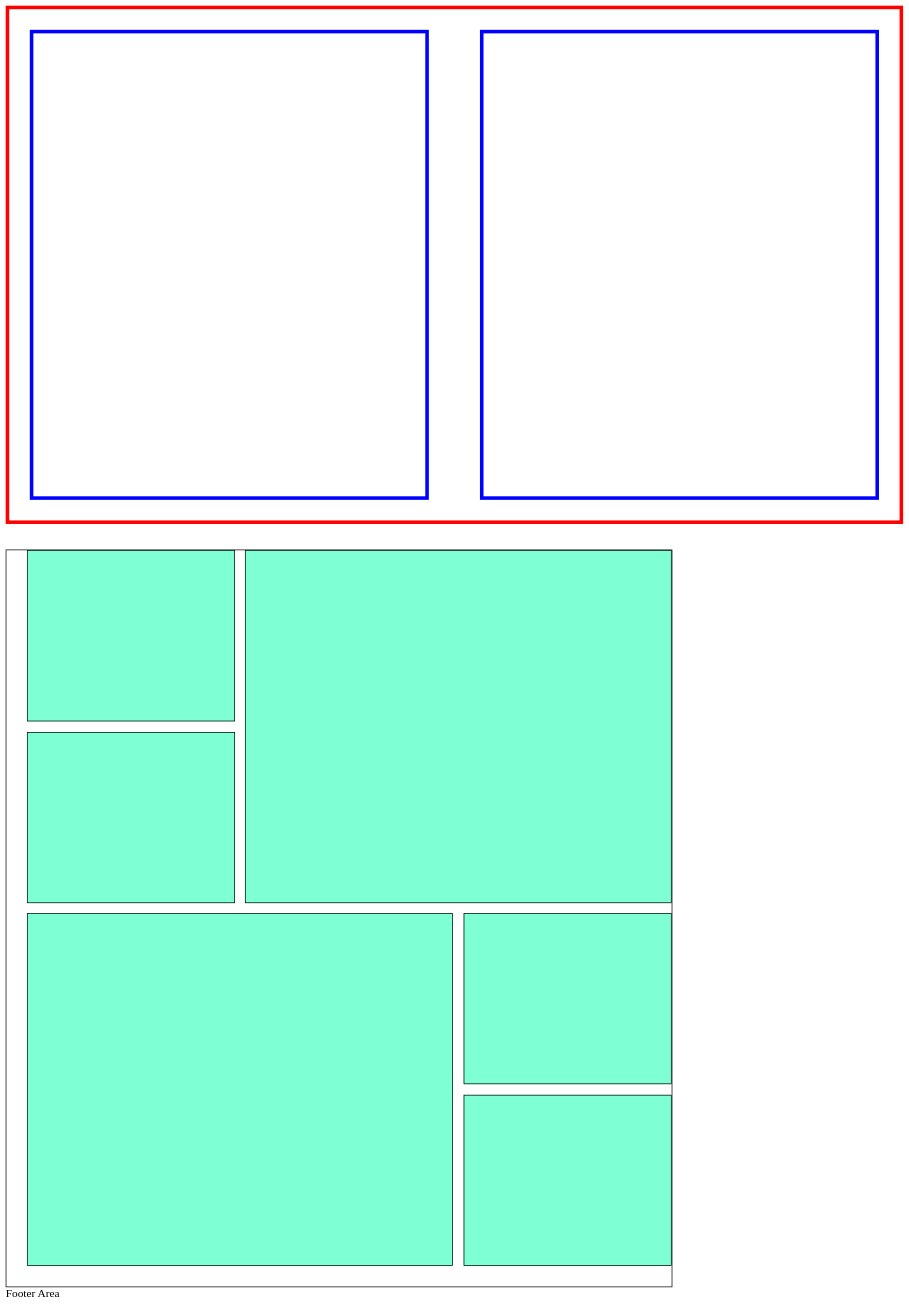
Repository: BwesewB/Brutalist-Website
Page: /
An editor plug-in stored every save of this project. The page is shown before and after the next save, followed by the edit.
The browser window is 1280 px wide. The pictures show the whole page, at 71% of full size.
The project was rebuilt for these pictures with package versions that can differ from the ones it lists, and the page was loaded fresh each time. The framework's server and built-in components were replaced by stand-ins that run in the browser. Also part of the build but not shown: next.config.mjs.

Above is the page before, as saved 2024-02-03 17:17:58.

After the next save:
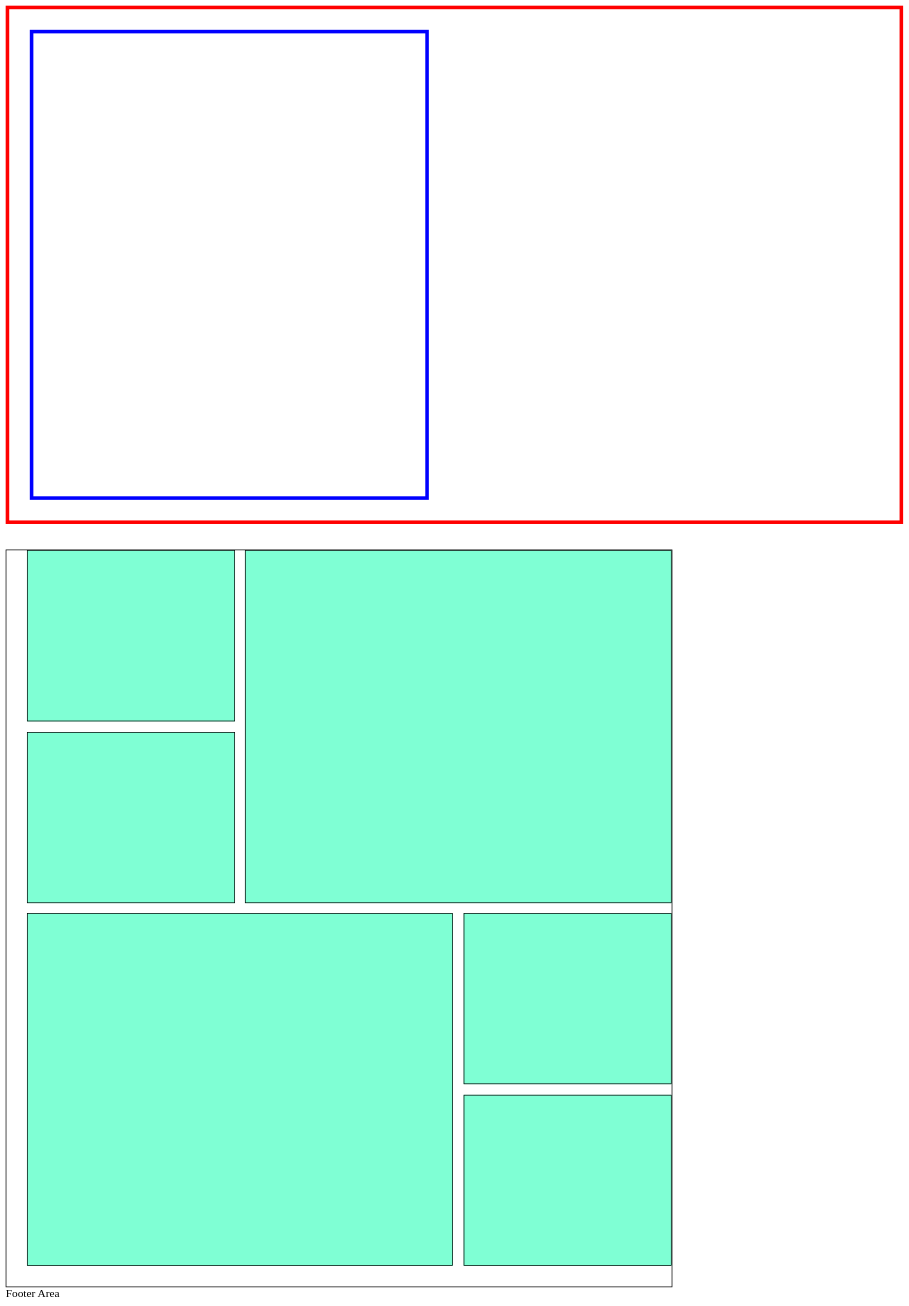
Saved 2 min 30 s later.
--- a/styles/Home.module.css
+++ b/styles/Home.module.css
@@ -21,20 +21,28 @@
   height:100vh;
   grid-column: 1/5;
   border: 5px solid red;
+/*---------------------------------------------------------------------------------------------------------*/
   display:grid;
   grid-template-columns: repeat(2, 1fr);
   gap:2vh;
 }
-.graphic, .inputArea{
+
+.graphic, .displayPanel{
   border: 5px solid blue;
   margin:4vh;
 }
+
 .graphic{
   grid-column: 1/2;
 
 }
+
+.displayPanel{
+  grid-column: 2/3;
+}
+
 .inputArea{
-  grid-column: 2/3;
+
 }
 
 /*---------------------------------------------------------------------------------------------------------*/

After the save that followed:
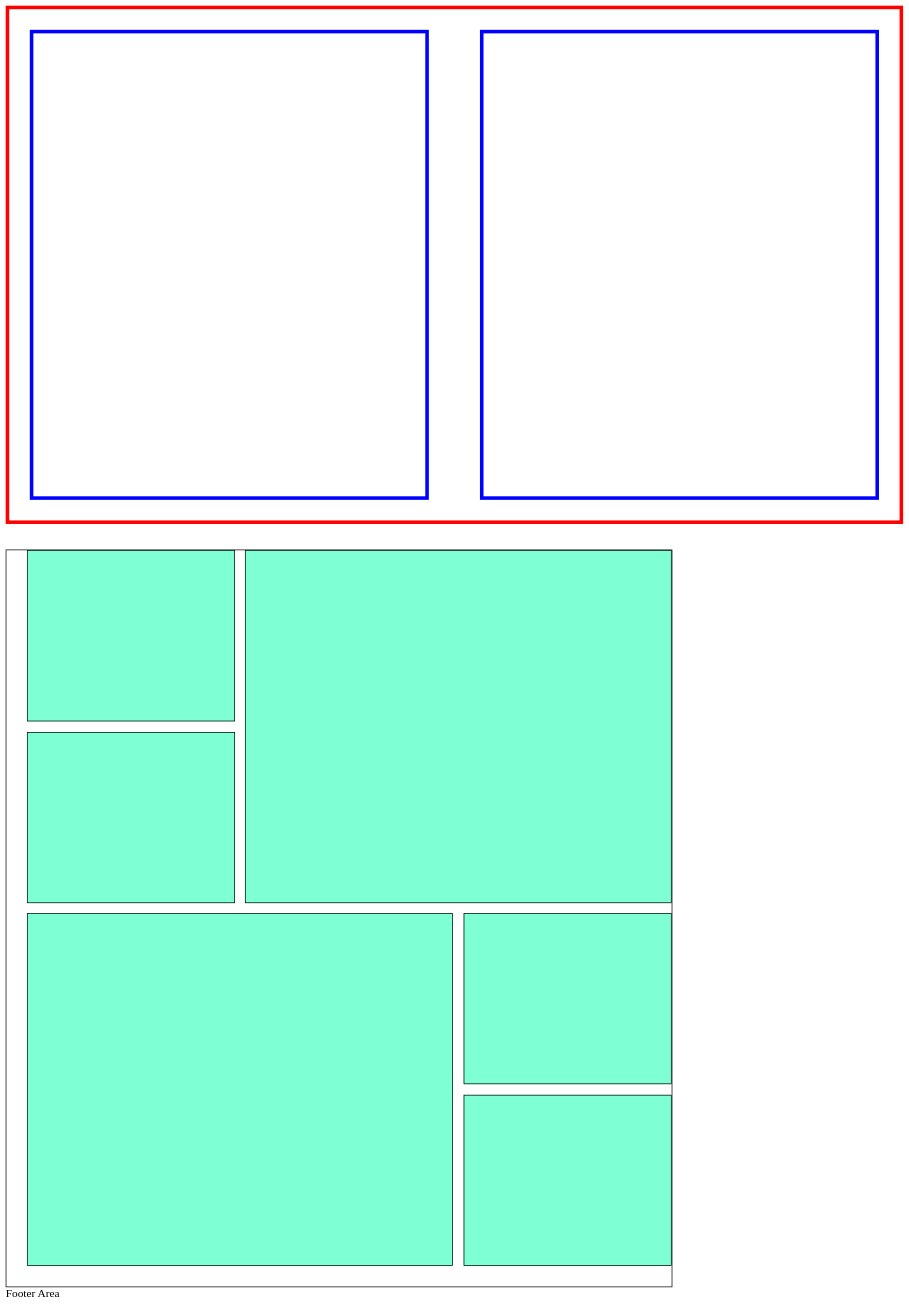
Saved 8 s later.
--- a/pages/index.js
+++ b/pages/index.js
@@ -32,7 +32,9 @@ const getClassStyle = flagValue => (input & flagValue) > 0 ? { backgroundColor:
       <main className={`${styles.main}`}>
         <div className={styles.titlePage}>
           <div className={styles.graphic}></div>
-          <div className={styles.inputArea}></div>
+          <div className={styles.displayPanel}>
+            <div className={styles.inputArea}></div>
+          </div>
         </div>
         <div className={styles.displayArea}>
           <div className={styles.posterOne}></div>
